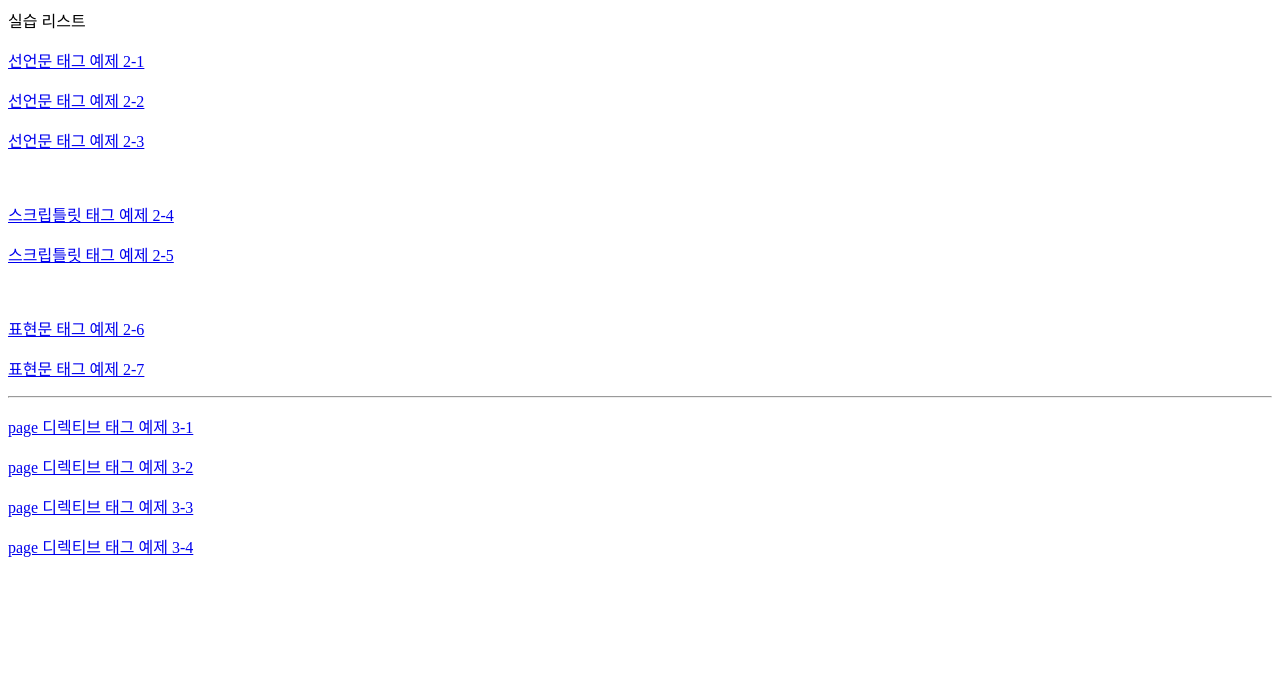
Repository: man332414/myJspStudy
Page: http://localhost/jspbook/
An editor plug-in stored every save of this project. The page is shown before and after the next save, followed by the edit.
The browser window is 1280 px wide. The pictures show the whole page.
The page is served by Tomcat 10. Nobody is signed in. The application's start-up code is not run.

Above is the page before, as saved 2024-10-08 05:57:40.

After the next save:
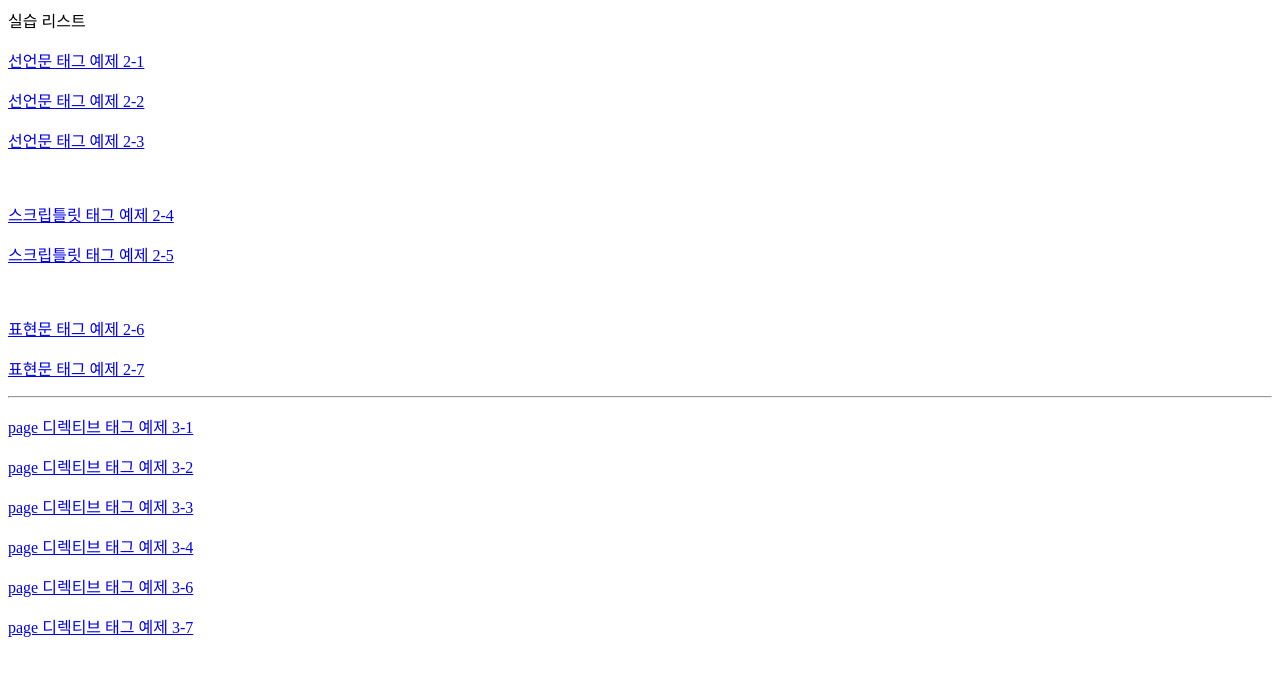
Saved 20 min 31 s later.
--- a/jspbook/src/main/webapp/index.jsp
+++ b/jspbook/src/main/webapp/index.jsp
@@ -22,6 +22,8 @@
 	<p><a href = "3_2"> page 디렉티브 태그 예제 3-2</a></p>
 	<p><a href = "3_3"> page 디렉티브 태그 예제 3-3</a></p>
 	<p><a href = "3_4"> page 디렉티브 태그 예제 3-4</a></p>
+	<p><a href = "3_6"> page 디렉티브 태그 예제 3-6</a></p>
+	<p><a href = "3_7"> page 디렉티브 태그 예제 3-7</a></p>
 
 </body>
 </html>
